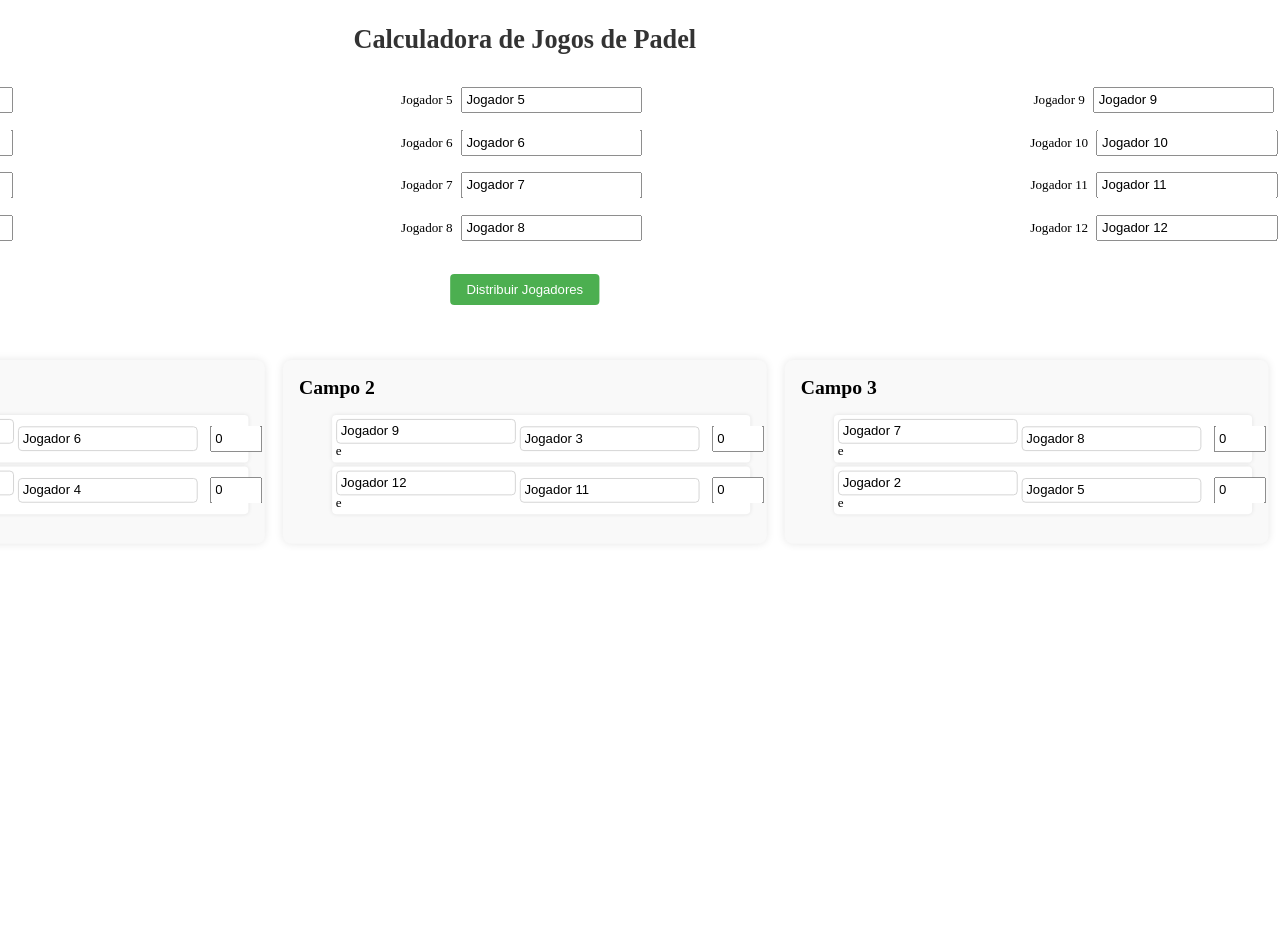
Repository: MarcioMiguel22/PadelMaster
Page: /calculadora, after clicking the first element matching `button.distribute-button`
These files come from the project's save history. The page is drawn as it stood at one moment and after the next save; the edit follows.
The browser window is 1280 px wide. The page is 1558 px wide, so the pictures cover 1558 px, including what lies to the right of the window. The pictures show the whole page, at 82% of full size.
The project was rebuilt for these pictures with package versions that can differ from the ones it lists, and the page was loaded fresh each time. Also part of the build but not shown: vite.config.ts, src/pages/Home/Home.tsx, src/index.css.

Above is the page before, as saved 2024-06-13 23:40:55.

After the next save:
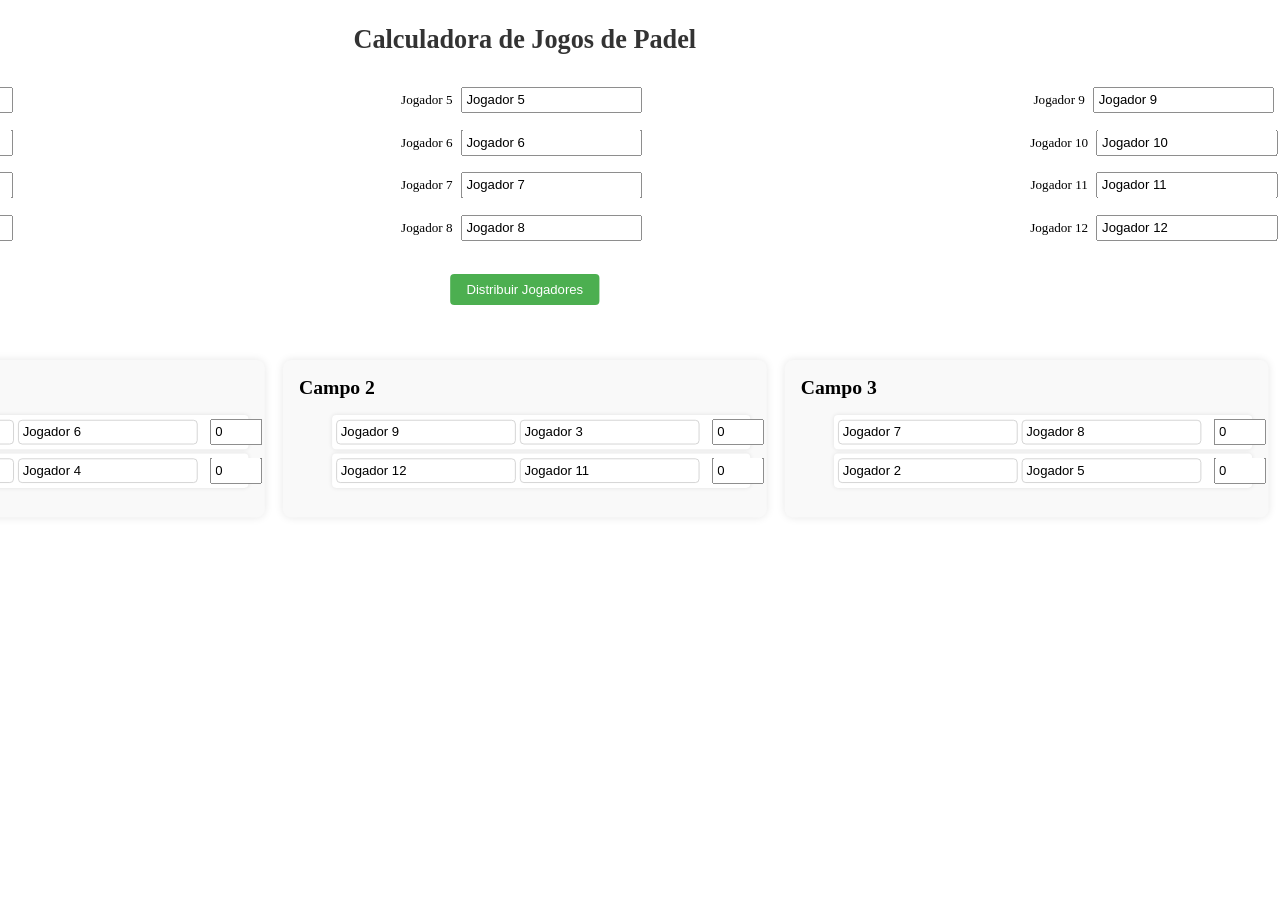
Saved 13 min 59 s later.
--- a/src/pages/Calculadora/Calculadora.tsx
+++ b/src/pages/Calculadora/Calculadora.tsx
@@ -250,7 +250,7 @@ const CalculadoraApp: React.FC = () => {
                                   onChange={(e) => handleNomeEdit(jogoIndex, campo.id, idx, jogadorIndex, e.target.value)}
                                   className="jogador-input"
                                 />
-                                {jogadorIndex === 0 ? ' e ' : ''}
+                                {jogadorIndex === 0 ? '  ' : ''}
                               </span>
                             ))}
                             <input
